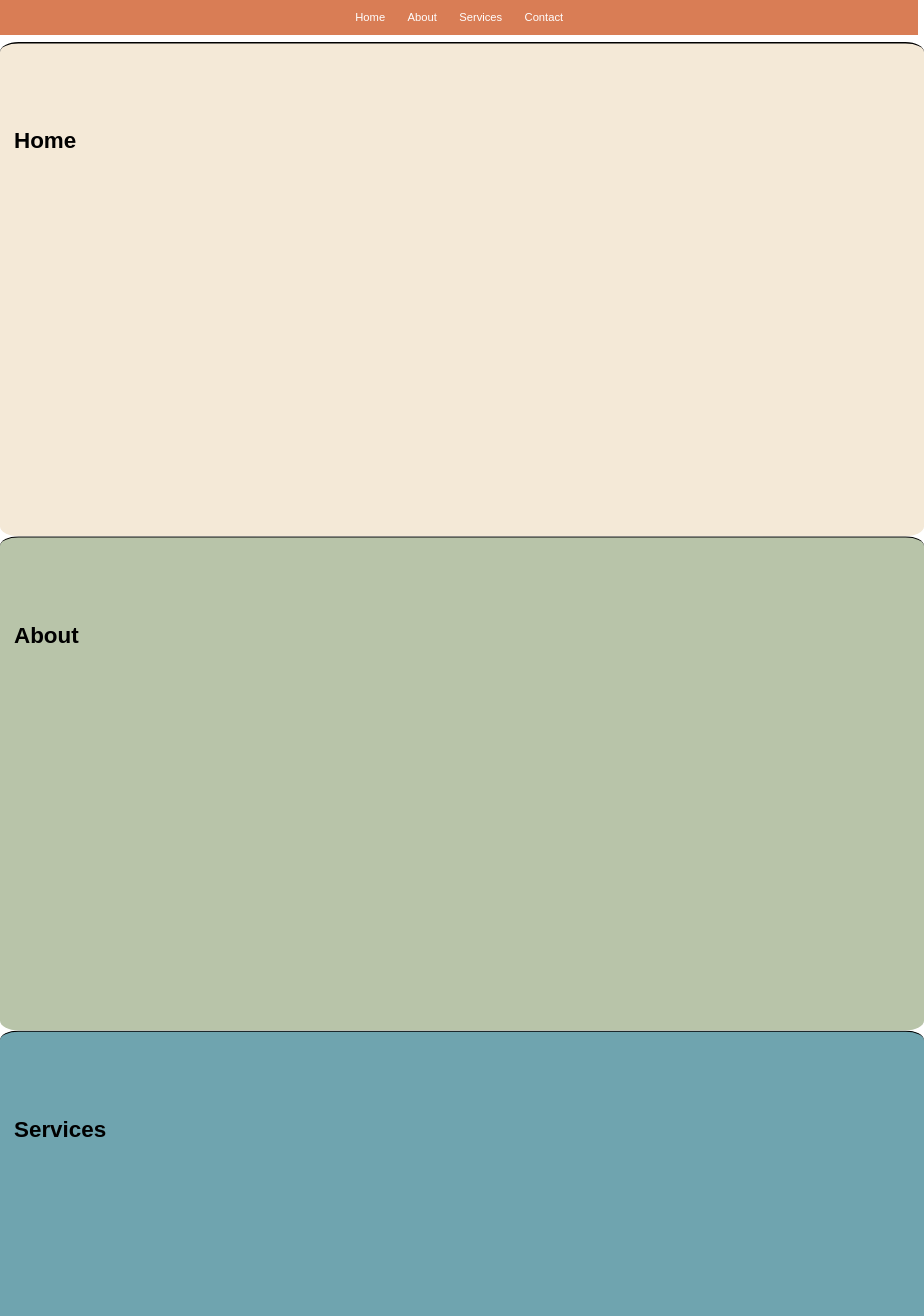
Repository: danichimescu/tema_unu_
Page: index.html
The author's editor kept a copy of each file at every save. The page is drawn from the files as they stood at one save, then again after the next save.
The browser window is 1280 px wide. The page is 1320 px wide, so the pictures cover 1320 px, including what lies to the right of the window. The pictures show the part of the page from y = 0 to 1880 px (the page is 2884 px tall before and 2864 px after), at 70% of full size.

Above is the page before, as saved 2025-10-06 02:04:36.

After the next save:
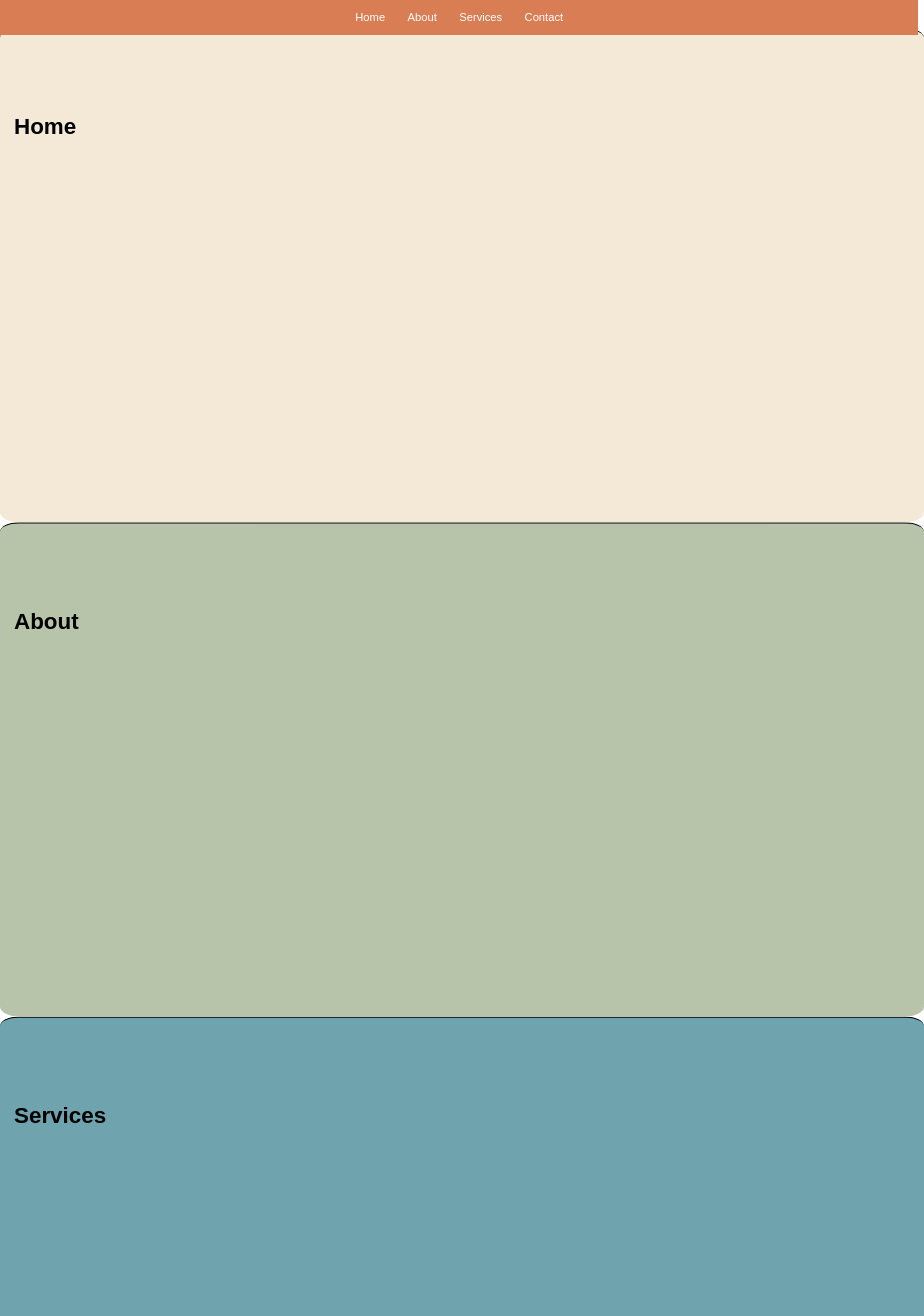
Saved 16 s later.
--- a/style.css
+++ b/style.css
@@ -6,7 +6,7 @@ html {
 }
 
 body {
-    padding-top: 60px;
+    padding-top: 40px;
     font-family: sans-serif;
     margin: 0;
 }
